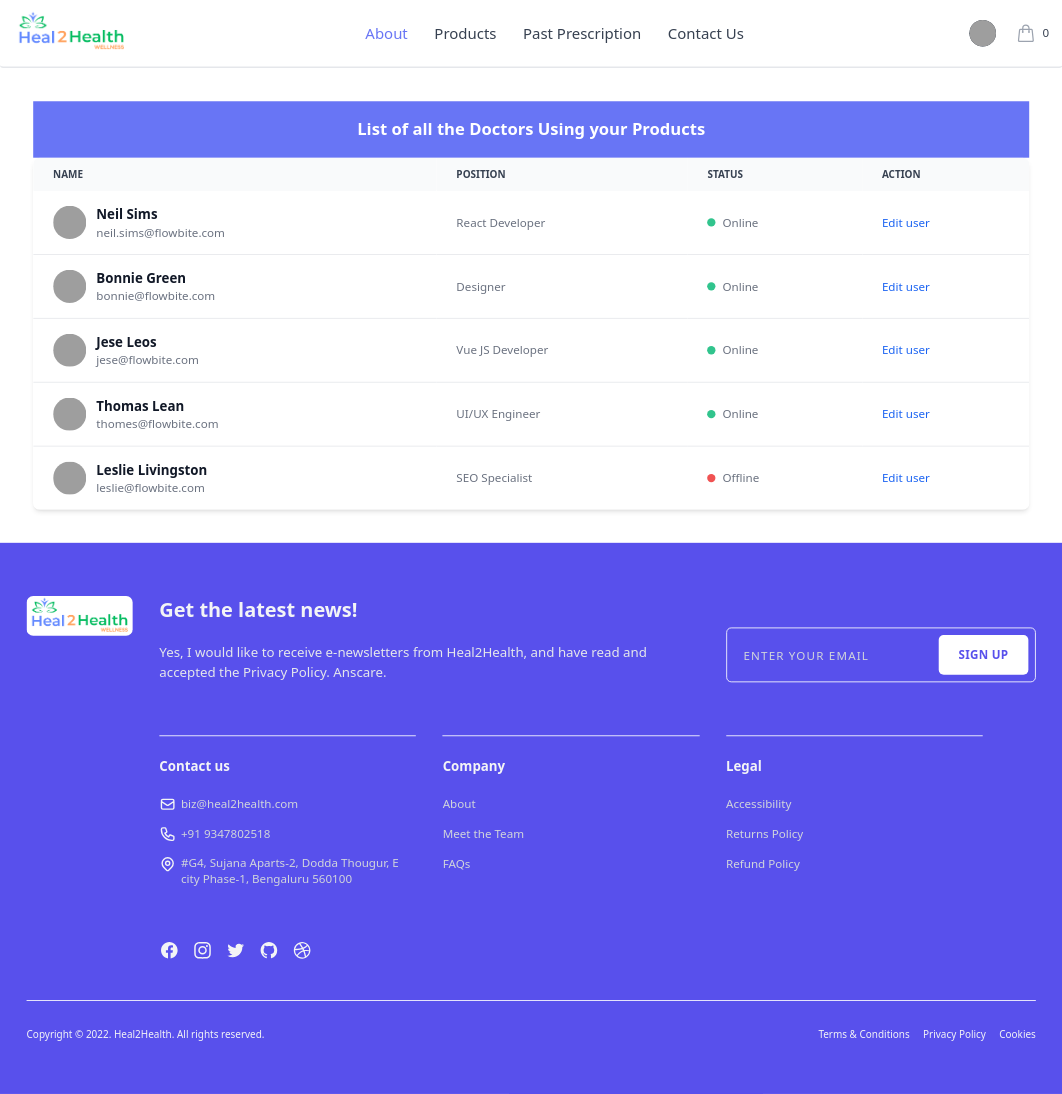
Repository: Akash123-coder/H2H
Page: /dealer (app in Frontend/)
The author's editor kept a copy of each file at every save. The page is drawn from the files as they stood at one save, then again after the next save.
The browser window is 1280 px wide. The pictures show the whole page, at 83% of full size.
Pictures or frames that could not be fetched are drawn as grey boxes. The project was rebuilt for these pictures with package versions that can differ from the ones it lists, and the page was loaded fresh each time. Also part of the build but not shown: Frontend/vite.config.ts, Frontend/src/pages/About.tsx, Frontend/src/components/Cta.jsx, Frontend/src/pages/Home.jsx, Frontend/src/components/Product.tsx, Frontend/src/components/Select.jsx, Frontend/src/components/CompanySelect.jsx, Frontend/src/pages/Prescription.jsx and 7 more.

Above is the page before, as saved 2022-10-12 12:08:58.

### Frontend/index.html
<!DOCTYPE html>
<html lang="en">
  <head>
    <meta charset="UTF-8" />
    <link rel="icon" type="image/svg+xml" href="/vite.svg" />
    <meta name="viewport" content="width=device-width, initial-scale=1.0" />
    <title>Heal2Health</title>
  </head>
  <body>
    <div id="root"></div>
    <script type="module" src="/src/main.tsx"></script>
  </body>
</html>

### Frontend/src/main.tsx
import React from 'react'
import ReactDOM from 'react-dom/client'
import App from './App'
import './index.css'
import {BrowserRouter} from 'react-router-dom'

ReactDOM.createRoot(document.getElementById('root') as HTMLElement).render(
  <React.StrictMode>
    <BrowserRouter>
    <App />
    </BrowserRouter>
  </React.StrictMode>
)

### Frontend/src/App.jsx
import { Routes, Route } from "react-router-dom";
import Navbar from "./components/Navbar.jsx";
import { ShoppingCartProvider } from "./context/ShoppingCartContext";
import About from "./pages/About";
import Home from "./pages/Home";
import Prescription from "./pages/Prescription";
import SignUp from "./pages/SignUp";
import Footer from "./components/Footer";
import Login from "./pages/Login";
import PastPrescription from "./pages/PastPrescription.jsx";

import ProductPage from "./pages/ProductPage.jsx";
import DealerPage from "./pages/DealerPage.jsx";

function App() {
  return (
    <ShoppingCartProvider>
      <Navbar />
      <Routes>
        <Route path="/" element={<Home />} />
        <Route path="/prescription" element={<Prescription />} />
        <Route path="/about" element={<About />} />
        <Route path="/login" element={<Login />} />
        <Route path="/SignUp" element={<SignUp />} />
        <Route path="/pastprescription" element={<PastPrescription />} />
        <Route path="/ProductPage" element={<ProductPage />} />
        <Route path="/dealer" element={<DealerPage />} />
        {/* <Route path="/SignUp" element={<CompanyNameSelect />} /> */}
      </Routes>
      <Footer />
    </ShoppingCartProvider>
  );
}

export default App;

### Frontend/src/components/Navbar.jsx
// import user from '../assets/user.png'
import { useState } from 'react'
import logo from '../assets/logo.png'
import {NavLink} from 'react-router-dom'
import { ShoppingBagIcon } from "@heroicons/react/24/outline";
import Cart from '../pages/Cart'

function Navbar() {
    const [Active, setActive] = useState(true)

    const showMenu = () =>{
        setActive(!Active)
    }

  return (
    <div>
      <nav className="bg-white border-b-2  px-2 sm:px-4  py-2.5 rounded fixed-top sticky top-0  dark:bg-gray-900 ">
        <div className="container flex flex-wrap justify-between items-center mx-auto">
          <a href="/" className="flex items-center ">
            <img
              src={logo}
              className="mr-3 h-16 lg:h-14 sm:h-12"
              alt="Flowbite Logo"
            />
          </a>
          <div className="flex items-center md:order-2">
            <NavLink
              to="/login"
              type="button"
              className="flex mr-3 text-sm bg-gray-800 rounded-full md:mr-0 focus:ring-4 focus:ring-gray-300 dark:focus:ring-gray-600"
              id="user-menu-button"
              aria-expanded="false"
              data-dropdown-toggle="user-dropdown"
              data-dropdown-placement="bottom"
            >
              <span className="sr-only">Open user menu</span>
              <img
                className="w-8 h-8 rounded-full"
                src="https://images.pexels.com/photos/614810/pexels-photo-614810.jpeg?auto=compress&cs=tinysrgb&dpr=1&w=500"
                alt="user photo"
              />
            </NavLink>
            <Cart />

            <button
              data-collapse-toggle="mobile-menu-2"
              type="button"
              className="  inlinkne-flex items-center p-2 ml-1 text-sm text-gray-500 rounded-lg md:hidden hover:bg-gray-100 focus:outlinkne-none focus:ring-2 focus:ring-gray-200 dark:text-gray-400 dark:hover:bg-gray-700 dark:focus:ring-gray-600"
              aria-controls="mobile-menu-2"
              aria-expanded="false"
            >
              <span className="sr-only">Open main menu</span>
              <svg
                className="w-6 h-6"
                aria-hidden="true"
                onClick={showMenu}
                fill="currentColor"
                viewBox="0 0 20 20"
                xmlns="http://www.w3.org/2000/svg"
              >
                <path
                  fill-rule="evenodd"
                  d="M3 5a1 1 0 011-1h12a1 1 0 110 2H4a1 1 0 01-1-1zM3 10a1 1 0 011-1h12a1 1 0 110 2H4a1 1 0 01-1-1zM3 15a1 1 0 011-1h12a1 1 0 110 2H4a1 1 0 01-1-1z"
                  clinkp-rule="evenodd"
                ></path>
              </svg>
            </button>
          </div>
          <div
            className={
              !Active
                ? " justify-between items-center w-full md:flex md:w-auto md:order-1 border-b-stone-500"
                : "hidden"
            }
            id="mobile-menu-2"
          >
            <ul className="flex flex-col p-4 mt-4  bg-gray-50 rounded-lg border border-gray-100 md:flex-row md:space-x-8 md:mt-0 md:text-sm md:font-medium md:border-0 md:bg-white dark:bg-gray-800 md:dark:bg-gray-900 dark:border-gray-700">
              <NavLink to="/">
                <a
                  className="block py-2 pr-4 pl-3 text-lg text-white bg-indigo-700 rounded md:bg-transparent md:text-indigo-700 md:p-0 dark:text-white"
                  aria-current="page "
                  onClick={showMenu}
                >
                  About
                </a>
              </NavLink>
              {/* <NavLink to="/about">
                <a
                  className="block py-2 pr-4 pl-3 text-lg text-gray-700 rounded hover:bg-gray-100 md:hover:bg-transparent md:hover:text-indigo-700 md:p-0 dark:text-gray-400 md:dark:hover:text-white dark:hover:bg-gray-700 dark:hover:text-white md:dark:hover:bg-transparent dark:border-gray-700"
                  onClick={showMenu}
                >
                  About
                </a>
              </NavLink> */}

              <NavLink to="/Prescription">
                <a
                  href="#"
                  className="block py-2 pr-4 pl-3 text-lg text-gray-700 rounded hover:bg-gray-100 md:hover:bg-transparent md:hover:text-indigo-700 md:p-0 dark:text-gray-400 md:dark:hover:text-white dark:hover:bg-gray-700 dark:hover:text-white md:dark:hover:bg-transparent dark:border-gray-700"
                  onClick={showMenu}
                >
                  Products
                </a>
              </NavLink>
              <NavLink to="/PastPrescription">
                <a
                  href="#"
                  className="block py-2 pr-4 pl-3 text-lg text-gray-700 rounded hover:bg-gray-100 md:hover:bg-transparent md:hover:text-indigo-700 md:p-0 dark:text-gray-400 md:dark:hover:text-white dark:hover:bg-gray-700 dark:hover:text-white md:dark:hover:bg-transparent dark:border-gray-700"
                  onClick={showMenu}
                  to="/pastprescription"
                >
                  Past Prescription
                </a>
              </NavLink>

              <a
                href="#contact"
                className="block py-2 pr-4 pl-3 text-lg text-gray-700 rounded hover:bg-gray-100 md:hover:bg-transparent md:hover:text-indigo-700 md:p-0 dark:text-gray-400 md:dark:hover:text-white dark:hover:bg-gray-700 dark:hover:text-white md:dark:hover:bg-transparent dark:border-gray-700"
                onClick={showMenu}
              >
                Contact Us
              </a>
            </ul>
          </div>
          <div
            className={
              "hidden justify-between  items-center w-full md:flex md:w-auto md:order-1"
            }
            id="mobile-menu-2"
          >
            <ul className="flex flex-col p-4 mt-4  bg-gray-50 rounded-lg border border-gray-100 md:flex-row md:space-x-8 md:mt-0 md:text-sm md:font-medium md:border-0 md:bg-white dark:bg-gray-800 md:dark:bg-gray-900 dark:border-gray-700">
              <NavLink to="/">
                <a
                  href="#"
                  className="block py-2 pr-4 pl-3 text-lg text-white bg-indigo-700 rounded md:bg-transparent md:text-indigo-500 md:p-0 dark:text-white"
                  aria-current="page"
                >
                  About
                </a>
              </NavLink>
              {/* <NavLink to="/about">
                <a
                  href="#"
                  className="block py-2 pr-4 pl-3 text-gray-700 rounded text-lg hover:bg-gray-100 md:hover:bg-transparent md:hover:text-indigo-700 md:p-0 dark:text-gray-400 md:dark:hover:text-white dark:hover:bg-gray-700 dark:hover:text-white md:dark:hover:bg-transparent dark:border-gray-700"
                >
                  About
                </a>
              </NavLink> */}

              <NavLink to="/prescription">
                <a
                  href="#"
                  className="block py-2 pr-4 pl-3 text-gray-700 rounded text-lg hover:bg-gray-100 md:hover:bg-transparent md:hover:text-indigo-500 md:p-0 dark:text-gray-400 md:dark:hover:text-white dark:hover:bg-gray-700 dark:hover:text-white md:dark:hover:bg-transparent dark:border-gray-700"
                >
                  Products
                </a>
              </NavLink>
              <NavLink to="/PastPrescription">
                <a
                  href="#"
                  className="block py-2 pr-4 pl-3 text-lg text-gray-700 rounded hover:bg-gray-100 md:hover:bg-transparent md:hover:text-indigo-700 md:p-0 dark:text-gray-400 md:dark:hover:text-white dark:hover:bg-gray-700 dark:hover:text-white md:dark:hover:bg-transparent dark:border-gray-700"
                  to="/pastprescription"
                >
                  Past Prescription
                </a>
              </NavLink>
              <a
                href="#contact"
                className="block py-2 pr-4 pl-3 text-gray-700 rounded text-lg hover:bg-gray-100 md:hover:bg-transparent md:hover:text-indigo-500 md:p-0 dark:text-gray-400 md:dark:hover:text-white dark:hover:bg-gray-700 dark:hover:text-white md:dark:hover:bg-transparent dark:border-gray-700"
              >
                Contact Us
              </a>
            </ul>
          </div>
        </div>
      </nav>
    </div>
  );
}

export default Navbar

### Frontend/src/context/ShoppingCartContext.tsx
import {useContext ,useState, createContext ,ReactNode} from 'react'

const ShoppingCartContext = createContext({})

type ShoppingCartProviderProps ={
    children: ReactNode
}
type CartItem = {
    id: number
    quantity:number
}


type ShoppingCartContext ={
    CartQuantity:number
    CartItems:CartItem[]
    getItemQuantity:(id: number) => number
    increaseItemQuantity:(id: number) => void
    decreaseItemQuantity:(id: number) => void
    removeFromCart:(id: number) => void
}

export function useShoppingCart() {
  return ( useContext(ShoppingCartContext)
  )
}

export function ShoppingCartProvider({children}:ShoppingCartProviderProps){
    const [cartItems ,setCartItems] = useState<CartItem>([]);

    const CartQuantity = cartItems.reduce(
        (quantity ,item) => item.quantity + quantity,0
    )

    function getItemQuantity(id : number){
        return cartItems.find( item => item.id === id)?.quantity || 0
    }
    function increaseItemQuantity(id : number){
         setCartItems(currItems =>{
            if(currItems.find(item => item.id === id)==null){
                return [...currItems, {id , quantity : 1}]

            } else {
                return currItems.map(item =>{
                    if(item.id === id ){
                        return {...item ,quantity: item.quantity + 1}
                    }else{
                        return item
                    }
                })
            }
         })
    }
    function decreaseItemQuantity(id: number) {
        setCartItems(currItems => {
          if (currItems.find(item => item.id === id)?.quantity === 1) {
            return currItems.filter(item => item.id !== id)
          } else {
            return currItems.map(item => {
              if (item.id === id) {
                return { ...item, quantity: item.quantity - 1 }
              } else {
                return item
              }
            })
          }
        })
      }
    function removeFromCart(id : number){
        setCartItems(currItems =>{
            return currItems.filter(item =>item.id!==id)
        })
    }
    return (

        <ShoppingCartContext.Provider value = {{getItemQuantity,increaseItemQuantity,decreaseItemQuantity ,removeFromCart,cartItems,CartQuantity}}>
            {children}
        </ShoppingCartContext.Provider>
    )
}

### Frontend/src/pages/DealerPage.jsx
import React from 'react'
import List from '../components/List'

function DealerPage() {
  return (
    <div>
        <div className="p-10 ">
        <List/>
        </div>
    </div>
  )
}

export default DealerPage

### Frontend/src/components/List.jsx
import React from 'react'

function List() {
  return (
    <div>

    <div className="p-5 w-full sticky overflow-x-auto text-center text-white bg-indigo-500 text-xl font-bold">
        <p>List of all the Doctors Using your Products</p>
    </div>
<div className="overflow-x-auto relative shadow-md sm:rounded-lg">
    <table className="w-full text-sm text-left text-gray-500 dark:text-gray-400">
        <thead className="text-xs text-gray-700 uppercase bg-gray-50 dark:bg-gray-700 dark:text-gray-400">
            <tr>
                <th scope="col" className="py-3 px-6">
                    Name
                </th>
                <th scope="col" className="py-3 px-6">
                    Position
                </th>
                <th scope="col" className="py-3 px-6">
                    Status
                </th>
                <th scope="col" className="py-3 px-6">
                    Action
                </th>
            </tr>
        </thead>
        <tbody>
            <tr className="bg-white border-b dark:bg-gray-800 dark:border-gray-700 hover:bg-gray-50 dark:hover:bg-gray-600">

                <th scope="row" className="flex items-center py-4 px-6 text-gray-900 whitespace-nowrap dark:text-white">
                    <img className="w-10 h-10 rounded-full" src="http://begmetobuyit.com/application/css/images/noImage.jpg" alt="Jese image"/>
                    <div className="pl-3">
                        <div className="text-base font-semibold">Neil Sims</div>
                        <div className="font-normal text-gray-500">neil.sims@flowbite.com</div>
                    </div>
                </th>
                <td className="py-4 px-6">
                    React Developer
                </td>
                <td className="py-4 px-6">
                    <div className="flex items-center">
                        <div className="h-2.5 w-2.5 rounded-full bg-green-400 mr-2"></div> Online
                    </div>
                </td>
                <td className="py-4 px-6">
                    <a href="#" className="font-medium text-blue-600 dark:text-blue-500 hover:underline">Edit user</a>
                </td>
            </tr>
            <tr className="bg-white border-b dark:bg-gray-800 dark:border-gray-700 hover:bg-gray-50 dark:hover:bg-gray-600">

                <th scope="row" className="flex items-center py-4 px-6 font-medium text-gray-900 whitespace-nowrap dark:text-white">
                    <img className="w-10 h-10 rounded-full" src="http://begmetobuyit.com/application/css/images/noImage.jpg" alt="Jese image"/>
                    <div className="pl-3">
                        <div className="text-base font-semibold">Bonnie Green</div>
                        <div className="font-normal text-gray-500">bonnie@flowbite.com</div>
                    </div>
                </th>
                <td className="py-4 px-6">
                    Designer
                </td>
                <td className="py-4 px-6">
                    <div className="flex items-center">
                        <div className="h-2.5 w-2.5 rounded-full bg-green-400 mr-2"></div> Online
                    </div>
                </td>
                <td className="py-4 px-6">
                    <a href="#" className="font-medium text-blue-600 dark:text-blue-500 hover:underline">Edit user</a>
                </td>
            </tr>
            <tr className="bg-white border-b dark:bg-gray-800 dark:border-gray-700 hover:bg-gray-50 dark:hover:bg-gray-600">

                <th scope="row" className="flex items-center py-4 px-6 font-medium text-gray-900 whitespace-nowrap dark:text-white">
                    <img className="w-10 h-10 rounded-full" src="http://begmetobuyit.com/application/css/images/noImage.jpg" alt="Jese image"/>
                    <div className="pl-3">
                        <div className="text-base font-semibold">Jese Leos</div>
                        <div className="font-normal text-gray-500">jese@flowbite.com</div>
                    </div>
                </th>
                <td className="py-4 px-6">
                    Vue JS Developer
                </td>
                <td className="py-4 px-6">
                    <div className="flex items-center">
                        <div className="h-2.5 w-2.5 rounded-full bg-green-400 mr-2"></div> Online
                    </div>
                </td>
                <td className="py-4 px-6">
                    <a href="#" className="font-medium text-blue-600 dark:text-blue-500 hover:underline">Edit user</a>
                </td>
            </tr>
            <tr className="bg-white border-b dark:bg-gray-800 dark:border-gray-700 hover:bg-gray-50 dark:hover:bg-gray-600">

                <th scope="row" className="flex items-center py-4 px-6 font-medium text-gray-900 whitespace-nowrap dark:text-white">
                    <img className="w-10 h-10 rounded-full" src="http://begmetobuyit.com/application/css/images/noImage.jpg" alt="Jese image"/>
                    <div className="pl-3">
                        <div className="text-base font-semibold">Thomas Lean</div>
                        <div className="font-normal text-gray-500">thomes@flowbite.com</div>
                    </div>
                </th>
                <td className="py-4 px-6">
                    UI/UX Engineer
                </td>
                <td className="py-4 px-6">
                    <div className="flex items-center">
                        <div className="h-2.5 w-2.5 rounded-full bg-green-400 mr-2"></div> Online
                    </div>
                </td>
                <td className="py-4 px-6">
                    <a href="#" className="font-medium text-blue-600 dark:text-blue-500 hover:underline">Edit user</a>
                </td>
            </tr>
            <tr className="bg-white dark:bg-gray-800 hover:bg-gray-50 dark:hover:bg-gray-600">

                <th scope="row" className="flex items-center py-4 px-6 font-medium text-gray-900 whitespace-nowrap dark:text-white">
                    <img className="w-10 h-10 rounded-full" src="http://begmetobuyit.com/application/css/images/noImage.jpg" alt="Jese image"/>
                    <div className="pl-3">
                        <div className="text-base font-semibold">Leslie Livingston</div>
                        <div className="font-normal text-gray-500">leslie@flowbite.com</div>
                    </div>
                </th>
                <td className="py-4 px-6">
                    SEO Specialist
                </td>
                <td className="py-4 px-6">
                    <div className="flex items-center">
                        <div className="h-2.5 w-2.5 rounded-full bg-red-500 mr-2"></div> Offline
                    </div>
                </td>
                <td className="py-4 px-6">
                    <a href="#" className="font-medium text-blue-600 dark:text-blue-500 hover:underline">Edit user</a>
                </td>
            </tr>
        </tbody>
    </table>
</div>

    </div>
  )
}

export default List

### Frontend/tailwind.config.cjs
/** @type {import('tailwindcss').Config} */
module.exports = {
  content: [
    "./src/**/*.{js,jsx,ts,tsx}",
    "node_modules/flowbite-react/**/*.{js,jsx,ts,tsx}",
  ],
  theme: {
    extend: {},
  },
  plugins: [require("flowbite/plugin"), require("@tailwindcss/forms")],
};

Loaded but not shown: Frontend/src/index.css (common file); Frontend/src/components/Footer.jsx (300 lines, source omitted); Frontend/src/pages/Cart.jsx (227 lines, source omitted)

After the next save:
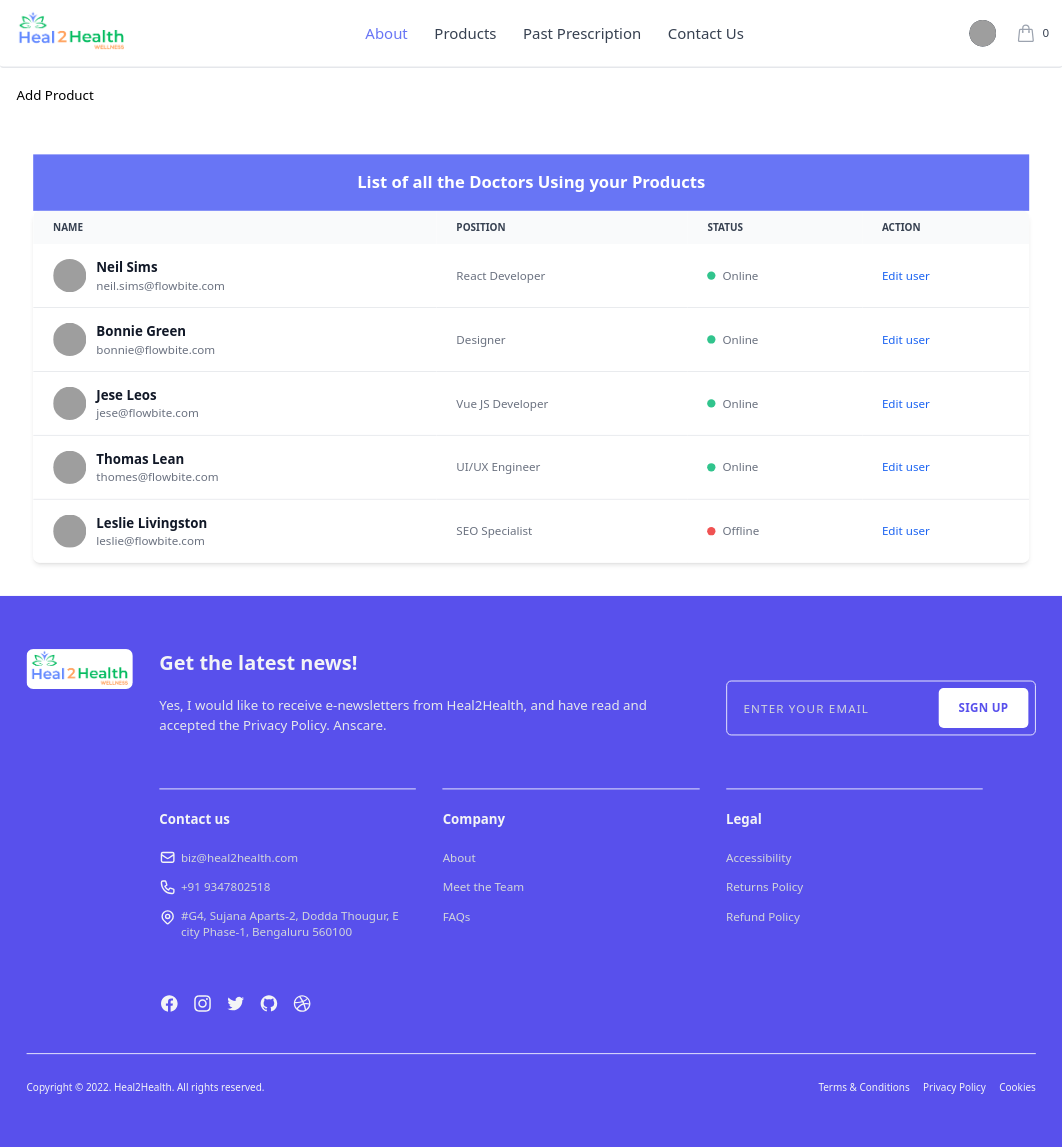
Saved 51 s later.
--- a/Frontend/src/pages/DealerPage.jsx
+++ b/Frontend/src/pages/DealerPage.jsx
@@ -4,6 +4,9 @@ import List from '../components/List'
 function DealerPage() {
   return (
     <div>
+      <div className="p-5">
+        <button>Add Product</button>
+      </div>
         <div className="p-10 ">
         <List/>
         </div>
